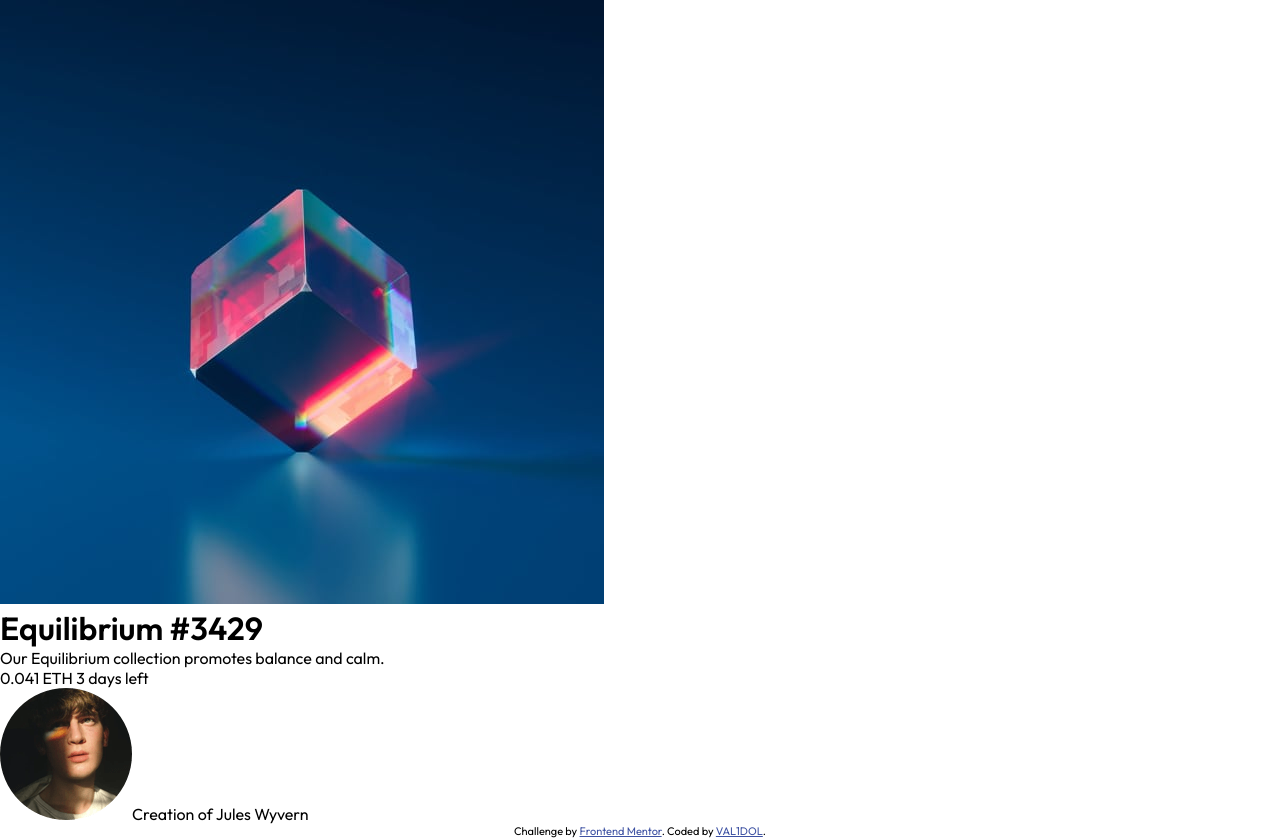
Repository: VAL1DOL-web/fm-NFT-preview-card-component
Page: index.html
The author's editor kept a copy of each file at every save. The page is drawn from the files as they stood at one save, then again after the next save.
The browser window is 1280 px wide. The pictures show the whole page.

Above is the page before, as saved 2024-01-07 15:02:10.

### index.html
<!DOCTYPE html>
<html lang="en">
<head>
  <meta charset="UTF-8">
  <meta name="viewport" content="width=device-width, initial-scale=1.0"> <!-- displays site properly based on user's device -->

  <link rel="icon" type="image/png" sizes="32x32" href="./images/favicon-32x32.png">
  <link rel="stylesheet" href="style.css">

  <title>NFT preview card component</title>

  <!-- Feel free to remove these styles or customise in your own stylesheet 👍 -->
  <style>
    .attribution { font-size: 11px; text-align: center; }
    .attribution a { color: hsl(228, 45%, 44%); }
  </style>
</head>
<body>
  <div class="container">
    <div class="imgbox">
      <img src="images/image-equilibrium.jpg" alt="">
    </div>
    <div class="textbox">
      <h1>Equilibrium #3429</h1>
    <p>Our Equilibrium collection promotes balance and calm.</p>
    0.041 ETH
    3 days left
    </div>
    <p class="avatar">
      <img src="/images/image-avatar.png" alt="" />Creation of Jules Wyvern
    </p>
  </div>
  <div class="attribution">
    Challenge by <a href="https://www.frontendmentor.io?ref=challenge" target="_blank">Frontend Mentor</a>.
    Coded by <a href="https://github.com/VAL1DOL-web">VAL1DOL</a>.
  </div>
</body>
</html>

### style.css
@import url('https://fonts.googleapis.com/css2?family=Outfit:wght@300;400;600&display=swap');

* {
    font-family: 'Outfit', sans-serif;
    margin: 0;
    padding: 0;
    box-sizing: border-box;
  }

After the next save:
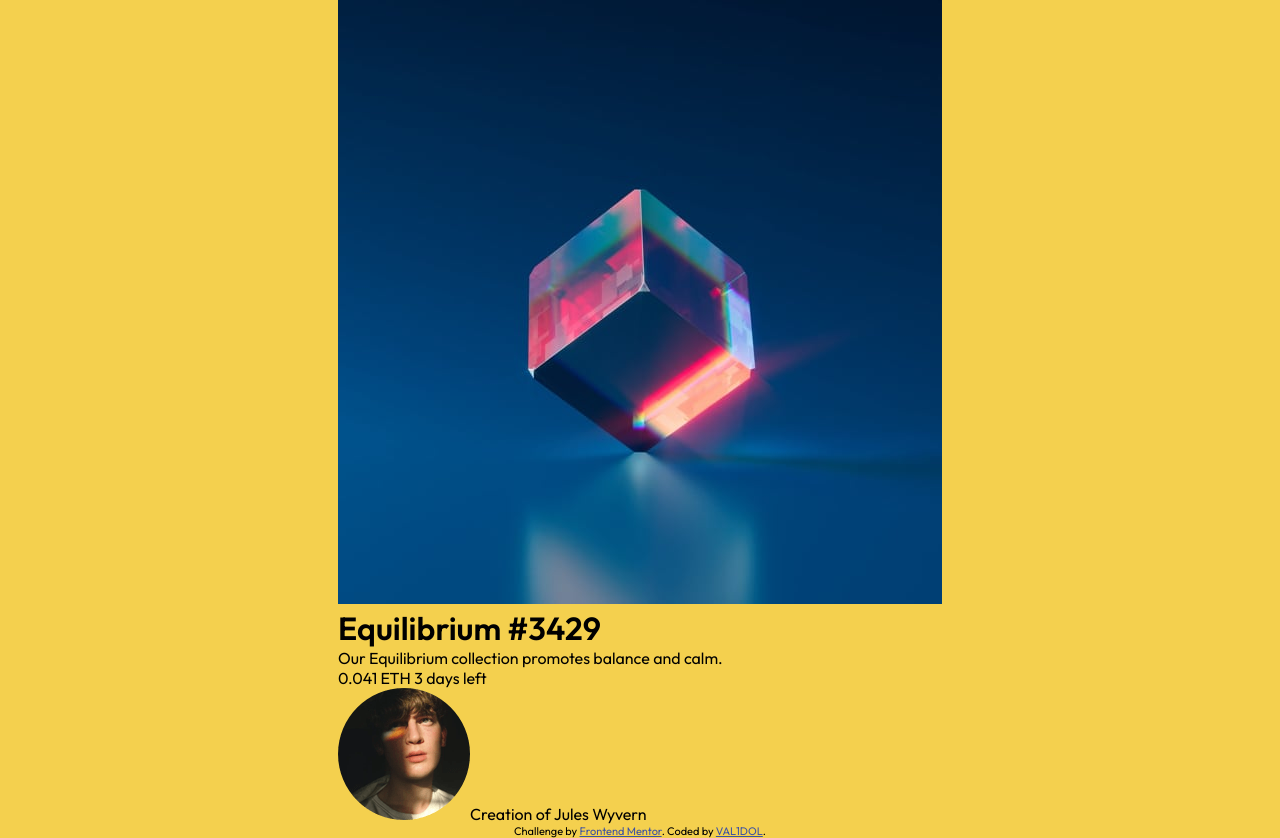
Saved 62 s later.
--- a/style.css
+++ b/style.css
@@ -6,3 +6,16 @@
     padding: 0;
     box-sizing: border-box;
   }
+
+body {
+    width: 100%;
+    min-height: 100vh;
+    display: flex;
+    flex-direction: column;
+    justify-content: center;
+    align-items: center;
+    background: hsl(47, 88%, 63%);
+  }
+  .container {
+
+  }
